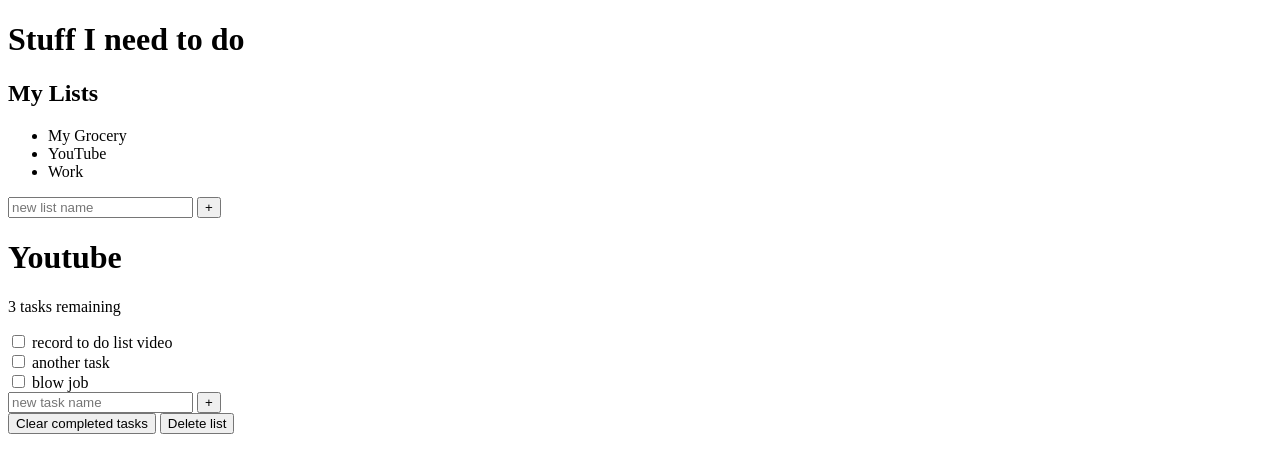
Repository: MohammadMazloum123/To-Do-List-App-
Page: index.html
The author's editor kept a copy of each file at every save. The page is drawn from the files as they stood at one save, then again after the next save.
The browser window is 1280 px wide. The pictures show the whole page.

Above is the page before, as saved 2024-02-15 12:16:28.

### index.html
<!DOCTYPE html>
<html lang="en">
<head>
    <meta charset="UTF-8">
    <meta name="viewport" content="width=device-width, initial-scale=1.0">
    <title>To-Do List</title>
</head>
<body>
    <h1 class="title">Stuff I need to do</h1>
    <div class="all-tasks">
        <h2 class="task-list-title">My Lists</h2>
        <ul class="task-liist">
            <li class="active-list">My Grocery</li>
            <li>YouTube</li>
            <li>Work</li>
        </ul>
        <form>
            <input type="text" class="new list" placeholder="new list name" aria-label="new list name">
            <button class="btn list" aria-label="create new list">+</button>
        </form>
    </div>
    <div class="todo-list">
        <div class="todo-header">
            <h1 class="list-title">Youtube</h1>
            <p class="task-count">3 tasks remaining</p>
        </div>
        <div class="todo-body">
            <div class="tasks">
                <div class="task">
                    <input type="checkbox" id="task-1">
                    <label for="task-1">
                        <span class="custom-checkbox"></span>
                        record to do list video
                    </label>
                </div>
                <!--Task 1-->
                <div class="task">
                    <input type="checkbox" id="task-2">
                    <label for="task-2">
                        <span class="custom-checkbox"></span>
                        another task
                    </label>
                </div>
                <!--Task 2-->
                <div class="task">
                    <input type="checkbox" id="task-3">
                    <label for="task-3">
                        <span class="custom-checkbox"></span>
                        blow job
                    </label>
                </div>
                <!--Task 3-->
            </div>
            <div class="new-task-creator">
                <form>
                    <input type="text" class="new list" placeholder="new task name" aria-label="new task name">
                    <button class="btn task" aria-label="create new task">+</button>
                </form>
            </div>
            <div class="delete-stuff">
                <button class="btn delete">Clear completed tasks</button>
                <button class="btn delete">Delete list</button>
            </div>
        </div>
    </div>

</body>
</html>

### styles.css
:root{
    --clr-primary: rgb(54, 112, 199);
    --clr-light: #f4f4f4;
    --clr-dark:#333;
    --clr-warning: rgb(99, 36, 36);
}
*,
*::before,
*::after{
    font-family: inherit;
    box-sizing: border-box;
}

body{
    margin: 0;
    font-family: "Work Sans", sans-serif;
    font-weight: 300;
    font-size: 1.5rem;
    background-color: var(--clr-primary);
    color: var(--clr-light);
    display: grid;
    grid:
        "header header header header" auto
        "...... lists active ......" auto /
        1fr minmax(100px, 300px) minmax(250px, 500px) 1fr;
}

After the next save:
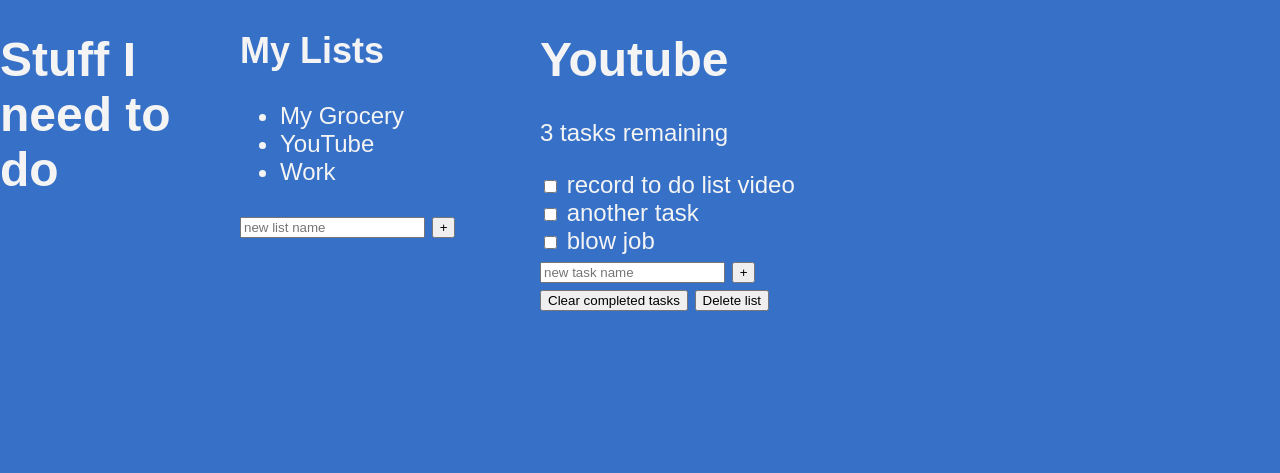
Saved 30 s later.
--- a/index.html
+++ b/index.html
@@ -4,6 +4,7 @@
     <meta charset="UTF-8">
     <meta name="viewport" content="width=device-width, initial-scale=1.0">
     <title>To-Do List</title>
+    <link rel="stylesheet" href="styles.css">
 </head>
 <body>
     <h1 class="title">Stuff I need to do</h1>
